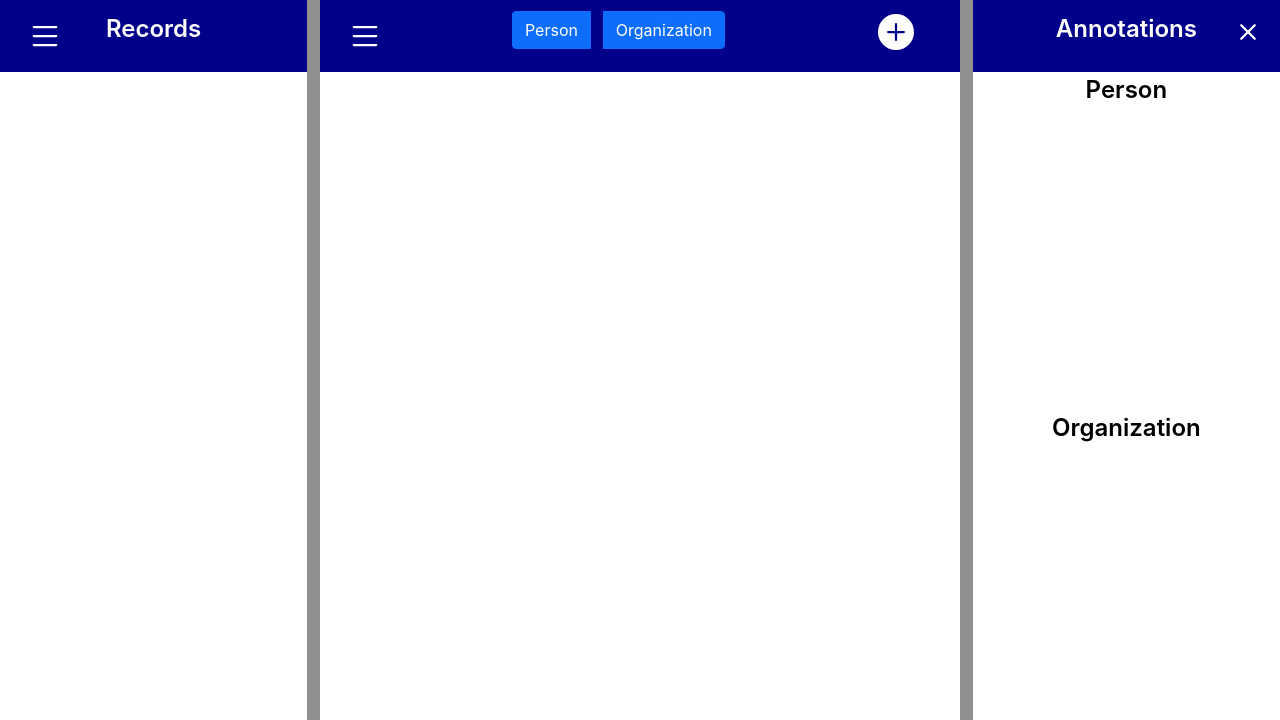
Repository: napan24/classforma_assignment
Page: / (app in client/)
These files come from the project's save history. The page is drawn as it stood at one moment and after the next save; the edit follows.
The browser window is 1280 px wide. The pictures show the whole page.
The project was rebuilt for these pictures with package versions that can differ from the ones it lists, and the page was loaded fresh each time. Also part of the build but not shown: client/src/App.css.

Above is the page before, as saved 2022-07-20 17:46:00.

### client/public/index.html
<!DOCTYPE html>
<html lang="en">
  <head>
    <meta charset="utf-8" />
    <link rel="icon" href="%PUBLIC_URL%/favicon.ico" />
    <meta name="viewport" content="width=device-width, initial-scale=1" />
    <meta name="theme-color" content="#000000" />
    <meta
      name="description"
      content="Web site created using create-react-app"
    />
    <link href="https://cdn.jsdelivr.net/npm/bootstrap@5.1.3/dist/css/bootstrap.min.css" rel="stylesheet" integrity="sha384-1BmE4kWBq78iYhFldvKuhfTAU6auU8tT94WrHftjDbrCEXSU1oBoqyl2QvZ6jIW3" crossorigin="anonymous">
    <link rel="apple-touch-icon" href="%PUBLIC_URL%/logo192.png" />
    <!--
      manifest.json provides metadata used when your web app is installed on a
      user's mobile device or desktop. See https://developers.google.com/web/fundamentals/web-app-manifest/
    -->
    <link rel="manifest" href="%PUBLIC_URL%/manifest.json" />
    <!--
      Notice the use of %PUBLIC_URL% in the tags above.
      It will be replaced with the URL of the `public` folder during the build.
      Only files inside the `public` folder can be referenced from the HTML.

      Unlike "/favicon.ico" or "favicon.ico", "%PUBLIC_URL%/favicon.ico" will
      work correctly both with client-side routing and a non-root public URL.
      Learn how to configure a non-root public URL by running `npm run build`.
    -->
    <title>React App</title>
  </head>
  <body>
    <noscript>You need to enable JavaScript to run this app.</noscript>
    <div id="root"></div>
    <!--
      This HTML file is a template.
      If you open it directly in the browser, you will see an empty page.

      You can add webfonts, meta tags, or analytics to this file.
      The build step will place the bundled scripts into the <body> tag.

      To begin the development, run `npm start` or `yarn start`.
      To create a production bundle, use `npm run build` or `yarn build`.
    -->
    <script src="https://cdn.jsdelivr.net/npm/bootstrap@5.1.3/dist/js/bootstrap.bundle.min.js" integrity="sha384-ka7Sk0Gln4gmtz2MlQnikT1wXgYsOg+OMhuP+IlRH9sENBO0LRn5q+8nbTov4+1p" crossorigin="anonymous"></script>
  </body>
</html>

### client/src/App.js
import logo from './logo.svg';
import './App.css';
import Home from './Home';

function App() {
  return (
    <>
      <Home></Home>
    </>
  );
}

export default App;

### client/src/Home.js
'strict origin'
import React, { useState, useEffect } from 'react'
const Home = () => {
    const [textField, setTextField] = useState();
    const [person, setPerson] = useState();
    const [place, setPlace] = useState();
    const [personName, setPersonName] = useState(['']);
    const [placeName, setPlaceName] = useState(['']);
    const [data, setData] = useState("");
    useEffect(() => {
        if (textField) {
            trending();
        }
    }, [textField])
    const trending = async () => {
        const res = await fetch("/", {
            method: 'POST',
            headers: {
                "Content-Type": "application/json"
            },
            body: JSON.stringify({ textField })
        });
        const result = await res.json();
        console.log(result);
        setPerson(result.filter((arr) => arr.type == 'Person'));
        setPlace(result.filter((arr) => arr.type[0] == 'Place' || arr.type[0] == 'PopulatedPlace' || arr.type[0] == 'Settlement' || arr.type[0] == 'City'));
    };
    useEffect(() => {
        setPersonName(['']);
        if (person) {
            person.forEach(function (arrayItem) {
                setPersonName(curr => [...curr, arrayItem.entityId]);
            });
        }
    }, [person])
    useEffect(() => {
        setPlaceName(['']);
        if (place) {
            console.log(place);
            place.forEach(function (arrayItem) {
                setPlaceName(curr => [...curr, arrayItem.entityId]);
            });
        }
    }, [place])
    const showFile = async (e) => {
        e.preventDefault()
        const reader = new FileReader()
        reader.onload = async (e) => {
            const text = (e.target.result)
            setTextField(text);
        };
        reader.readAsText(e.target.files[0])
    }
    function replace() {
        setTextField(textField.replace(data, ''));
        showAlert("alert")
    }
    function showAlert(id) {
        if (document.getElementById(id).style.display == "inline-block") {
            document.getElementById(id).style.display = "none";
        }
        else {
            document.getElementById(id).style.display = "inline-block";
        }
    }
    function CloseClick(e) {
        setData(e.currentTarget.parentElement.querySelector('.userName').innerText);
        showAlert("alert");
    }
    function showLeftComponent() {
        if (document.getElementById('left_component').style.display == "inline") {
            document.getElementById('left_component').style.display = "none";
        }
        else {
            document.getElementById('left_component').style.display = "inline";
        }

    }
    return (
        <>
            <div id="alert" style={{ display: "none", height: "35vh", width: "35vw", backgroundColor: "white", position: "absolute", zIndex: '2', left: "35%", top: "25%", border: "2px solid red" }}>
                <button onClick={() => { showAlert("alert") }} type="button" class="btn btn-primary" style={{ marginRight: "1vw", position: "absolute", bottom: "10%", left: "15%", padding: "2vh" }}>Cancel</button>
                <button onClick={(e) => { replace(e) }} style={{ marginRight: "1vw", position: "absolute", bottom: "10%", left: "65%", padding: "2vh" }} type="button" class="btn btn-primary">Delete</button>
            </div>
            <div style={{ display: 'flex', width: "100vw", height: "100vh", backgroundColor: "#8f9091", overflow: "hidden" }}>
                <div id="left_component" style={{ display: 'inline', width: "24vw", height: "100vh", backgroundColor: "white", marginRight: "1vw" }}>
                    <div style={{ width: "24vw", height: "10vh", backgroundColor: "#00008b", textAlign: 'center', fontSize: '150%', color: "white", fontWeight: "600", position: "fixed" }}>
                        <p style={{ marginTop: "1.5vh" }}>
                            Records
                        </p>
                    </div>
                    <svg onClick={() => { showLeftComponent() }} style={{ width: "5vw", height: "5vh", position: 'absolute', left: "1vw", top: "2.5vh", color: 'white' }} xmlns="http://www.w3.org/2000/svg" fill="currentColor" class="bi bi-list" viewBox="0 0 16 16">
                        <path fill-rule="evenodd" d="M2.5 12a.5.5 0 0 1 .5-.5h10a.5.5 0 0 1 0 1H3a.5.5 0 0 1-.5-.5zm0-4a.5.5 0 0 1 .5-.5h10a.5.5 0 0 1 0 1H3a.5.5 0 0 1-.5-.5zm0-4a.5.5 0 0 1 .5-.5h10a.5.5 0 0 1 0 1H3a.5.5 0 0 1-.5-.5z" />
                    </svg>
                    <div>

                    </div>
                </div>
                <div style={{ width: "50vw", height: "100vh", backgroundColor: "white", marginRight: "1vw", overflowY: "unset" }}>
                    <div style={{ width: "50vw", height: "10vh", backgroundColor: "#00008b", position: 'relative', overflowY: 'hidden' }}>
                    <svg onClick={() => { showLeftComponent() }} style={{ width: "5vw", height: "5vh", position: 'absolute', left: "1vw", top: "2.5vh", color: 'white' }} xmlns="http://www.w3.org/2000/svg" fill="currentColor" class="bi bi-list" viewBox="0 0 16 16">
                        <path fill-rule="evenodd" d="M2.5 12a.5.5 0 0 1 .5-.5h10a.5.5 0 0 1 0 1H3a.5.5 0 0 1-.5-.5zm0-4a.5.5 0 0 1 .5-.5h10a.5.5 0 0 1 0 1H3a.5.5 0 0 1-.5-.5zm0-4a.5.5 0 0 1 .5-.5h10a.5.5 0 0 1 0 1H3a.5.5 0 0 1-.5-.5z" />
                    </svg>
                        <div class="btn-group" style={{ marginTop: "1.5vh", marginLeft: "15vw" }}>
                            <button type="button" class="btn btn-primary" style={{ marginRight: "1vw" }}>Person</button>
                            <button type="button" class="btn btn-primary">Organization</button>
                        </div>
                        <label for="file">
                            <svg style={{ width: "20%", height: "50%", position: "absolute", right: "0", top: "2vh", color: "white" }} xmlns="http://www.w3.org/2000/svg" fill="currentColor" class="bi bi-plus-circle-fill" viewBox="0 0 16 16">
                                <path d="M16 8A8 8 0 1 1 0 8a8 8 0 0 1 16 0zM8.5 4.5a.5.5 0 0 0-1 0v3h-3a.5.5 0 0 0 0 1h3v3a.5.5 0 0 0 1 0v-3h3a.5.5 0 0 0 0-1h-3v-3z" />
                            </svg>
                        </label>
                        <input type="file" id="file" onChange={(e) => showFile(e)} style={{ display: "none" }} />
                    </div>
                    <div style={{ width: "48vw", height: "85vh", marginLeft: "2vw", marginTop: "5vh", overflowY: "scroll" }}>
                        {textField}
                    </div>
                </div>
                <div style={{ width: "24vw", height: "100vh", backgroundColor: "white" }}>
                    <div style={{ width: "24vw", height: "10vh", backgroundColor: "#00008b", textAlign: 'center', fontSize: '150%', color: "white", fontWeight: "600" }}>
                        <p style={{ paddingTop: "1.5vh" }}>
                            Annotations
                        </p>
                    </div>
                    <div style={{ width: "24vw", height: "5vh", backgroundColor: "white", textAlign: 'center', fontSize: '150%', color: "black", fontWeight: "600", marginBottom: "2vh" }}>
                        <p>
                            Person
                        </p>
                    </div>
                    <div style={{ maxWidth: "24vw", height: "40vh", backgroundColor: "white", textAlign: 'center', fontSize: '150%', color: "black", fontWeight: "600", zIndex: "2", overflowY: "scroll", overflowX: "hidden" }}>
                        {personName && personName.map((user) => (
                            user.length > 0 && <div style={{ width: "24vw", color: "black", height: "3vh", fontSize: "2vh", position: 'relative', borderBottom: '1px solid black' }}>
                                <span className='userName' style={{ width: "12vw" }}>
                                    {user}
                                </span>
                                <svg onClick={(e) => { CloseClick(e) }} style={{ width: "3.5vw", height: "3.5vh", position: 'absolute', right: "0vw", top: "0vh" }} xmlns="http://www.w3.org/2000/svg" fill="currentColor" class="bi bi-x" viewBox="0 0 16 16">
                                    <path d="M4.646 4.646a.5.5 0 0 1 .708 0L8 7.293l2.646-2.647a.5.5 0 0 1 .708.708L8.707 8l2.647 2.646a.5.5 0 0 1-.708.708L8 8.707l-2.646 2.647a.5.5 0 0 1-.708-.708L7.293 8 4.646 5.354a.5.5 0 0 1 0-.708z" />
                                </svg>
                            </div>
                        ))}
                    </div>
                    <div style={{ width: "24vw", height: "5vh", backgroundColor: "white", textAlign: 'center', fontSize: '150%', color: "black", fontWeight: "600", marginBottom: "2vh" }}>
                        <p>
                            Organization
                        </p>
                    </div>
                    <div style={{ width: "24vw", height: "40vh", backgroundColor: "white", textAlign: 'center', fontSize: '150%', color: "black", fontWeight: "600", overflowY: "scroll" }}>
                        {placeName && placeName.map((user) => (
                            user.length > 0 && <div style={{ width: "24vw", color: "black", height: "3vh", fontSize: "2vh", position: 'relative', borderBottom: '1px solid black' }}>
                                <span className='userName' style={{ width: "12vw" }}>
                                    {user}
                                </span>
                                <svg onClick={(e) => { CloseClick(e) }} style={{ width: "3.5vw", height: "3.5vh", position: 'absolute', right: "0vw", top: "0vh" }} xmlns="http://www.w3.org/2000/svg" fill="currentColor" class="bi bi-x" viewBox="0 0 16 16">
                                    <path d="M4.646 4.646a.5.5 0 0 1 .708 0L8 7.293l2.646-2.647a.5.5 0 0 1 .708.708L8.707 8l2.647 2.646a.5.5 0 0 1-.708.708L8 8.707l-2.646 2.647a.5.5 0 0 1-.708-.708L7.293 8 4.646 5.354a.5.5 0 0 1 0-.708z" />
                                </svg>
                            </div>
                        ))}
                    </div>
                    <svg style={{ width: "5vw", height: "5vh", position: 'absolute', right: "0vw", top: "2vh", color: 'white' }} xmlns="http://www.w3.org/2000/svg" fill="currentColor" class="bi bi-x" viewBox="0 0 16 16">
                        <path d="M4.646 4.646a.5.5 0 0 1 .708 0L8 7.293l2.646-2.647a.5.5 0 0 1 .708.708L8.707 8l2.647 2.646a.5.5 0 0 1-.708.708L8 8.707l-2.646 2.647a.5.5 0 0 1-.708-.708L7.293 8 4.646 5.354a.5.5 0 0 1 0-.708z" />
                    </svg>
                </div>
            </div>
        </>
    )
}

export default Home

Loaded but not shown: client/src/index.js (common file); client/src/index.css (common file); client/src/reportWebVitals.js (common file)

After the next save:
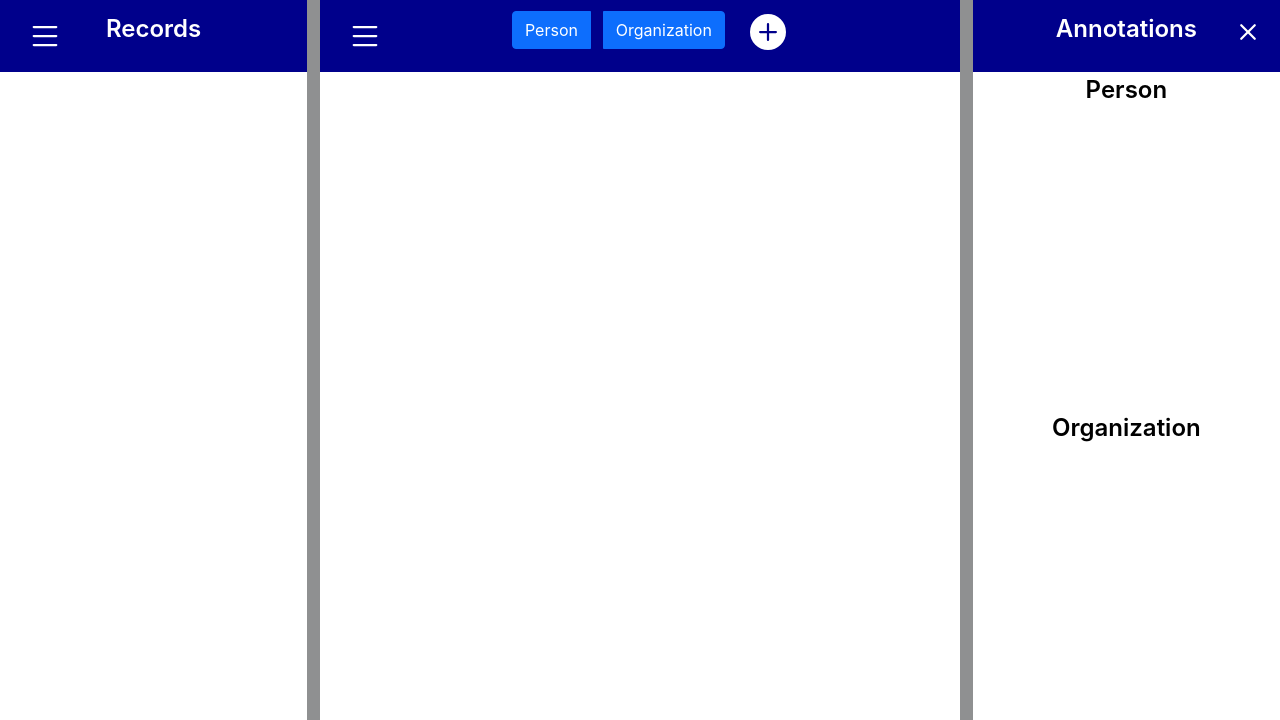
Saved 14 s later.
--- a/client/src/Home.js
+++ b/client/src/Home.js
@@ -106,7 +106,7 @@ const Home = () => {
                             <button type="button" class="btn btn-primary">Organization</button>
                         </div>
                         <label for="file">
-                            <svg style={{ width: "20%", height: "50%", position: "absolute", right: "0", top: "2vh", color: "white" }} xmlns="http://www.w3.org/2000/svg" fill="currentColor" class="bi bi-plus-circle-fill" viewBox="0 0 16 16">
+                            <svg style={{ width: "20%", height: "50%", position: "absolute", right: "20%", top: "2vh", color: "white" }} xmlns="http://www.w3.org/2000/svg" fill="currentColor" class="bi bi-plus-circle-fill" viewBox="0 0 16 16">
                                 <path d="M16 8A8 8 0 1 1 0 8a8 8 0 0 1 16 0zM8.5 4.5a.5.5 0 0 0-1 0v3h-3a.5.5 0 0 0 0 1h3v3a.5.5 0 0 0 1 0v-3h3a.5.5 0 0 0 0-1h-3v-3z" />
                             </svg>
                         </label>
